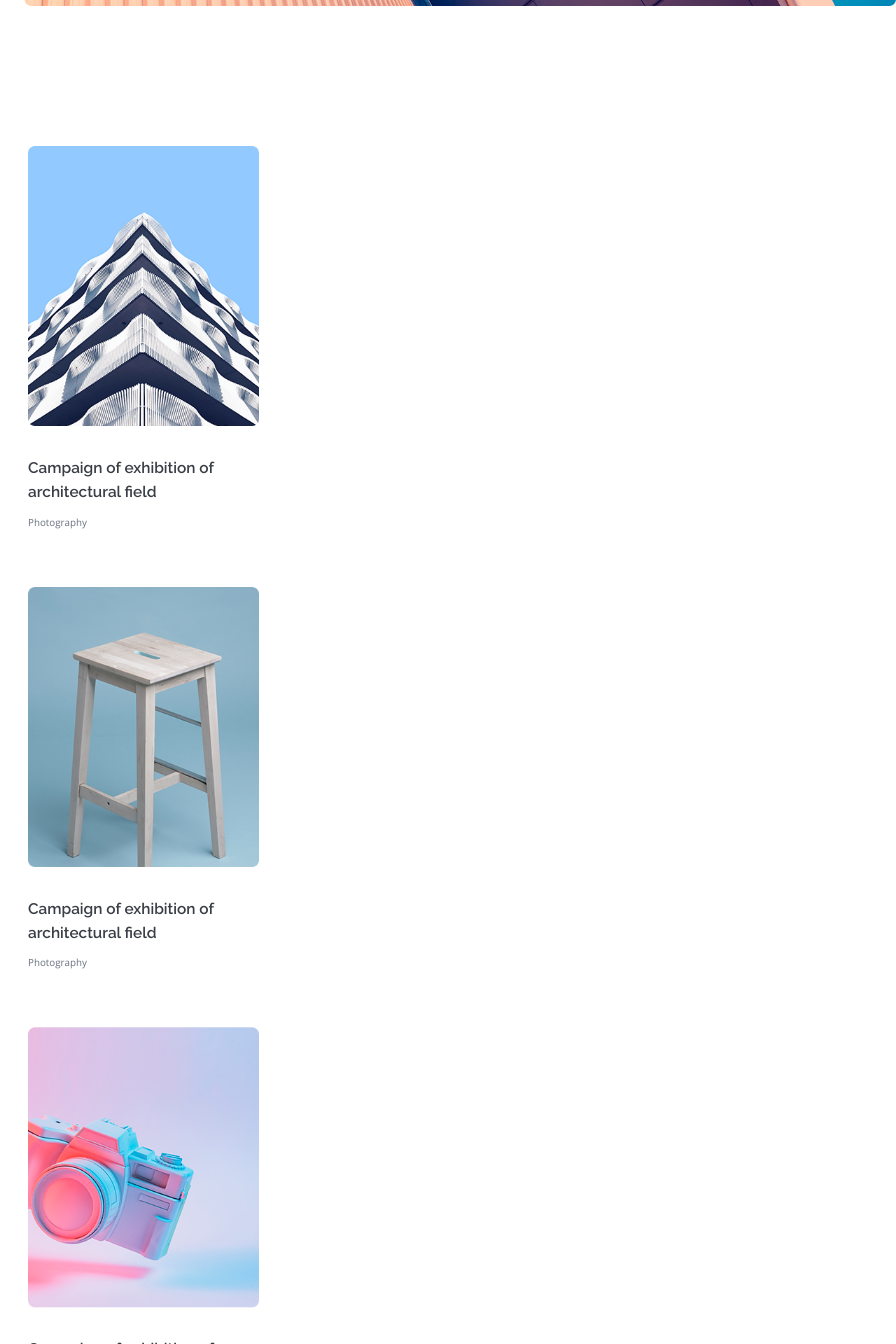
Repository: kate30980/LP-practiceoctavian
Page: index.html
These files come from the project's save history. The page is drawn as it stood at one moment and after the next save; the edit follows.
The browser window is 1280 px wide. The pictures show the part of the page from y = 1072 to 2992 px (the page is 3284 px tall), at 70% of full size.
The style sheet was rebuilt from its Sass, Less or Tailwind sources for each picture, by a compiler version that may differ from the author's.

Above is the page before, as saved 2021-08-25 09:38:42.

### index.html
<!DOCTYPE html>
<html lang="en">

<head>
    <meta charset="UTF-8">
    <meta http-equiv="X-UA-Compatible" content="IE=edge">
    <meta name="viewport" content="width=device-width, initial-scale=1.0">
    <title>Octavian LP</title>
    <script type="module" src="https://unpkg.com/ionicons@5.5.2/dist/ionicons/ionicons.esm.js"></script>
    <script nomodule src="https://unpkg.com/ionicons@5.5.2/dist/ionicons/ionicons.js"></script>
    <link rel="preconnect" href="https://fonts.googleapis.com">
    <link rel="preconnect" href="https://fonts.gstatic.com" crossorigin>
    <link
        href="https://fonts.googleapis.com/css2?family=Open+Sans:wght@300;400;600;700&family=Raleway:wght@600;700;800&display=swap"
        rel="stylesheet">
    <link rel="stylesheet" href="css/app.css">
</head>

<body>
    <header class="header">
        <div class="container">
            <div class="header-main">
                <img src="./images/logo.png" alt="logo-header" class="header-logo">
                <div class="navigation">
                    <p class="header-phone">Phone: <span>+055 - 951 237 851</span></p>
                    <img src="./images/icon-search.png" alt="" class="icon-search">
                    <img src="./images/icon-bars.png" alt="" class="icon-toggle">
                </div>
            </div>
        </div>
    </header>
    <main>
        <section class="hero">
            <img src="./images/img1.png" alt="img-header" class="hero-image">
            <div class="container">
                <div class="hero-content">
                    <h2 class="hero-caption second-font">creative & digital</h2>
                    <h1 class="hero-heading second-font">Agency</h1>
                    <a href="#" class="hero-link">Purchase Now</a>
                </div>
            </div>
        </section>
        <section class="portfolio">
            <div class="container">
                <div class="portfolio-list">
                    <div class="portfolio-column">
                        <div class="portfolio-item">
                            <div class="portfolio-image">
                                <img src="./images/img2.png" alt="img2">
                            </div>
                            <h3 class="portfolio-title second-font">Campaign of exhibition of architectural field</h3>
                            <div class="portfolio-category">Photography</div>
                        </div>
                        <div class="portfolio-item">
                            <div class="portfolio-image">
                                <img src="./images/img3.png" alt="img2">
                            </div>
                            <h3 class="portfolio-title second-font">Campaign of exhibition of architectural field</h3>
                            <div class="portfolio-category">Photography</div>
                        </div>
                        <div class="portfolio-item">
                            <div class="portfolio-image">
                                <img src="./images/img4.png" alt="img2">
                            </div>
                            <h3 class="portfolio-title second-font">Campaign of exhibition of architectural field</h3>
                            <div class="portfolio-category">Photography</div>
                        </div>
                    </div>
                    <div class="portfolio-collumn"></div>
                    <div class="portfolio-collumn"></div>
                </div>
            </div>
        </section>
    </main>
</body>

</html>

### sass/app.scss
@import "variables";
@import "reset";
@import "base";
@import "header";
@import "hero";
@import "portfolio";

### sass/_variables.scss
$primary-font: "Open sans", sans-serif;
$secondary-font: "Raleway", sans-serif;
$gray: #393e46;
$gray-light: #6a727f;

### sass/_base.scss
body{
    font-family: $primary-font;
    font-size: 16px;
    line-height:1;
    color: $gray-light;
    max-width: 1920px;
    margin: 0 auto;
}
.container{
    max-width: 1200px;
    margin: 0 auto;
    padding:0 15px;
}
.second-font{
    font-family: $secondary-font;
}

### sass/_header.scss
.header{
    &-main{
         display: flex;
         justify-content: space-between;
         align-items: center;
         padding: 40px 0;
    }
    &-phone{
        color: $gray;
        font-weight: 300;
        span{
            font-weight: 600;
            margin-left: 15px;
        }
    }
}
.navigation{
    display: flex;
    align-items: center;
    gap: 0 60px;
}

### sass/_hero.scss
.hero{
    position: relative;
    margin-bottom: 200px;
    &-image{
        margin-left: auto;
        display: block;
    }
    &-content{
        position: absolute;
        top: 50%;
        transform: translateY(-50%);
        z-index: 2;
    }
    &-caption{
        font-size: 72px;
        font-weight: 600;
        color: black;
    }
    &-heading{
        font-weight: 800;font-size: 150px;
        text-transform: uppercase;
        margin-bottom: 40px;
        color: black;
    }
    &-link{
        font-size: 18px;
        text-decoration: underline;
        color: $gray-light;
        display: inline-block;
        font-weight: 600;
    }
}

### sass/_portfolio.scss
.portfolio{
    margin-bottom: 200px;
    &-list{
        display: grid;
        grid-template-columns: repeat(3,1fr);
        grid-gap: 0 90px;
    }
    &-image{
        margin-bottom: 40px;
    }
    &-title{
        color: #393e46;
        font-size: 22px;
        line-height: 1.56;
        margin-bottom: 20px;
    }
    &-category{
        font-size: 14px;
    }
    &-column{
        display: flex;
        flex-direction: column;
        gap: 85px 0;
    }
}

Loaded but not shown: sass/_reset.scss (common file)

After the next save:
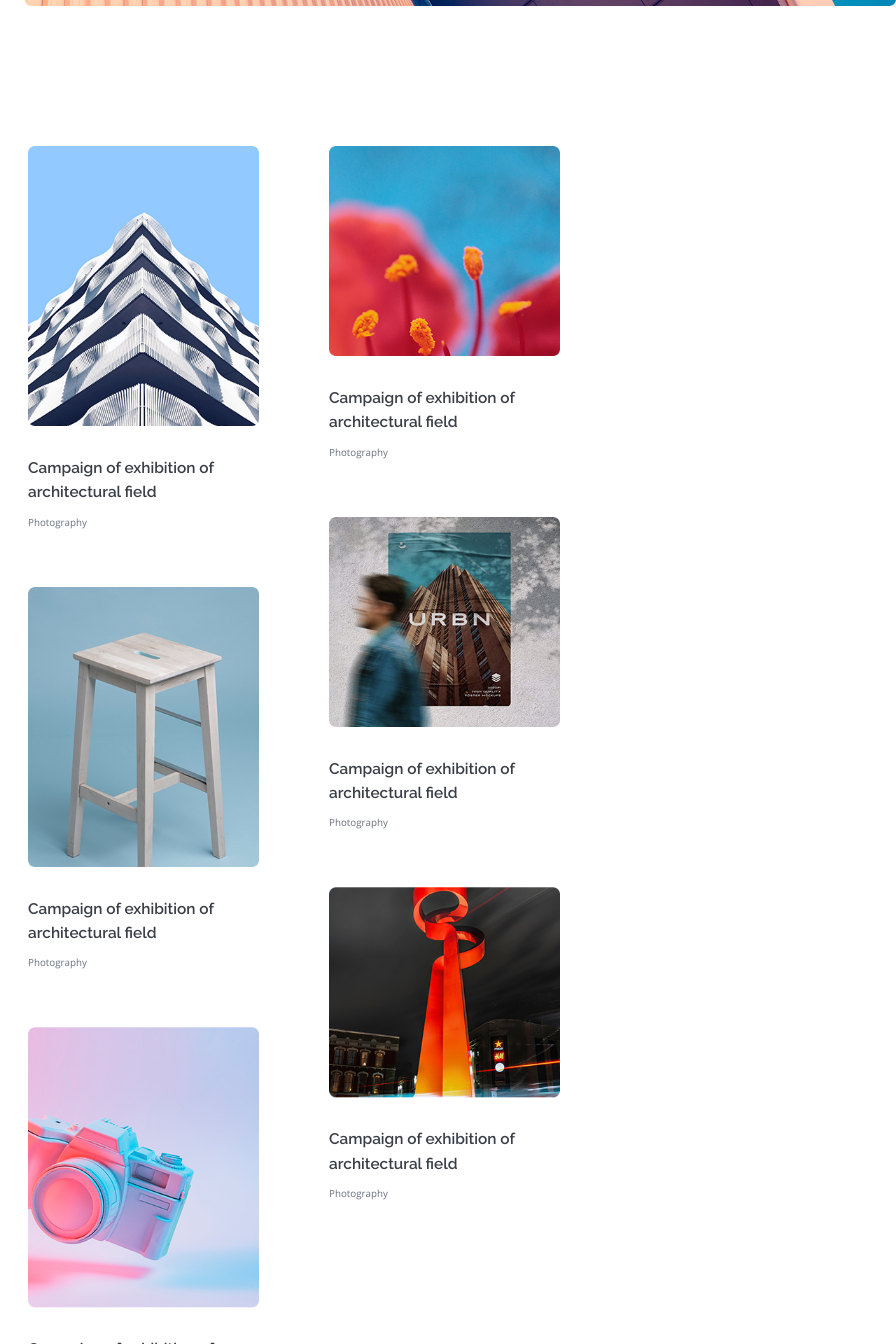
Saved 96 s later.
--- a/index.html
+++ b/index.html
@@ -66,6 +66,29 @@
                             <div class="portfolio-category">Photography</div>
                         </div>
                     </div>
+                    <div class="portfolio-column">
+                        <div class="portfolio-item">
+                            <div class="portfolio-image">
+                                <img src="./images/img5.png" alt="img2">
+                            </div>
+                            <h3 class="portfolio-title second-font">Campaign of exhibition of architectural field</h3>
+                            <div class="portfolio-category">Photography</div>
+                        </div>
+                        <div class="portfolio-item">
+                            <div class="portfolio-image">
+                                <img src="./images/img6.png" alt="img2">
+                            </div>
+                            <h3 class="portfolio-title second-font">Campaign of exhibition of architectural field</h3>
+                            <div class="portfolio-category">Photography</div>
+                        </div>
+                        <div class="portfolio-item">
+                            <div class="portfolio-image">
+                                <img src="./images/img7.png" alt="img2">
+                            </div>
+                            <h3 class="portfolio-title second-font">Campaign of exhibition of architectural field</h3>
+                            <div class="portfolio-category">Photography</div>
+                        </div>
+                    </div>
                     <div class="portfolio-collumn"></div>
                     <div class="portfolio-collumn"></div>
                 </div>
